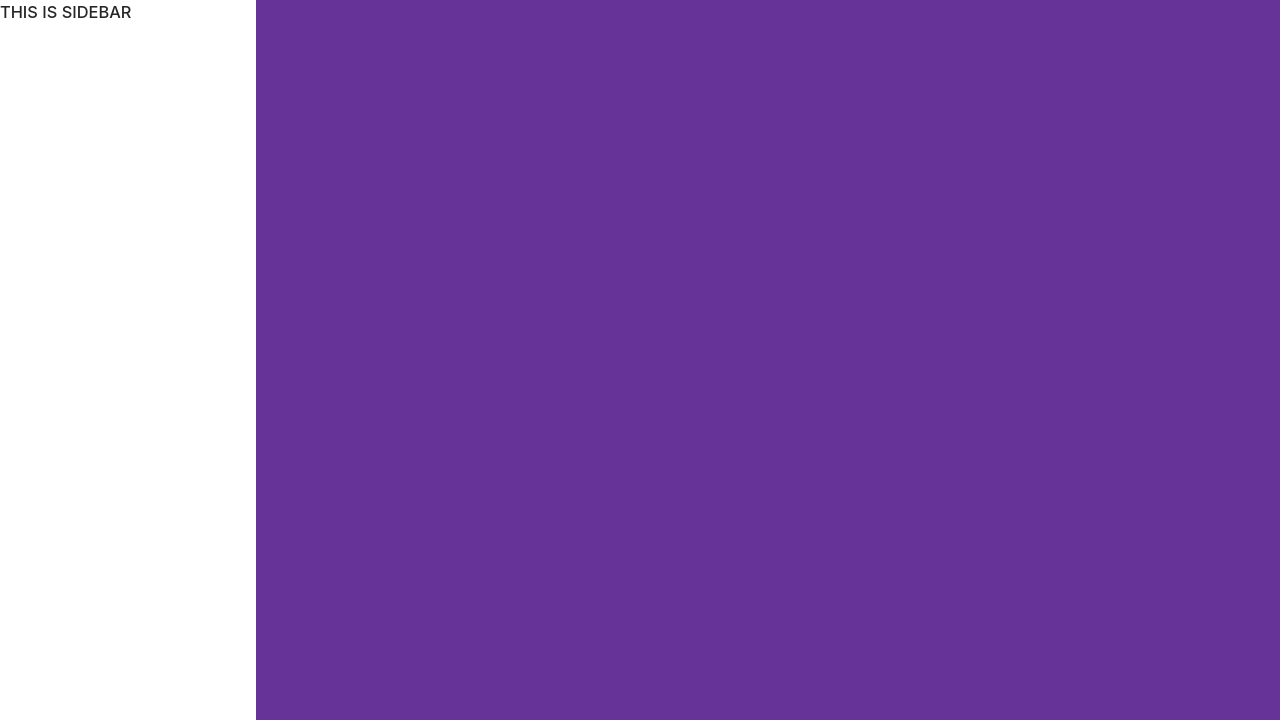
Repository: huynhnt1406/coursestorage
Page: / (app in coursestorage/)
These files come from the project's save history. The page is drawn as it stood at one moment and after the next save; the edit follows.
The browser window is 1280 px wide. The pictures show the whole page.
The project was rebuilt for these pictures with package versions that can differ from the ones it lists, and the page was loaded fresh each time.

Above is the page before, as saved 2021-05-01 15:52:47.

After the next save:
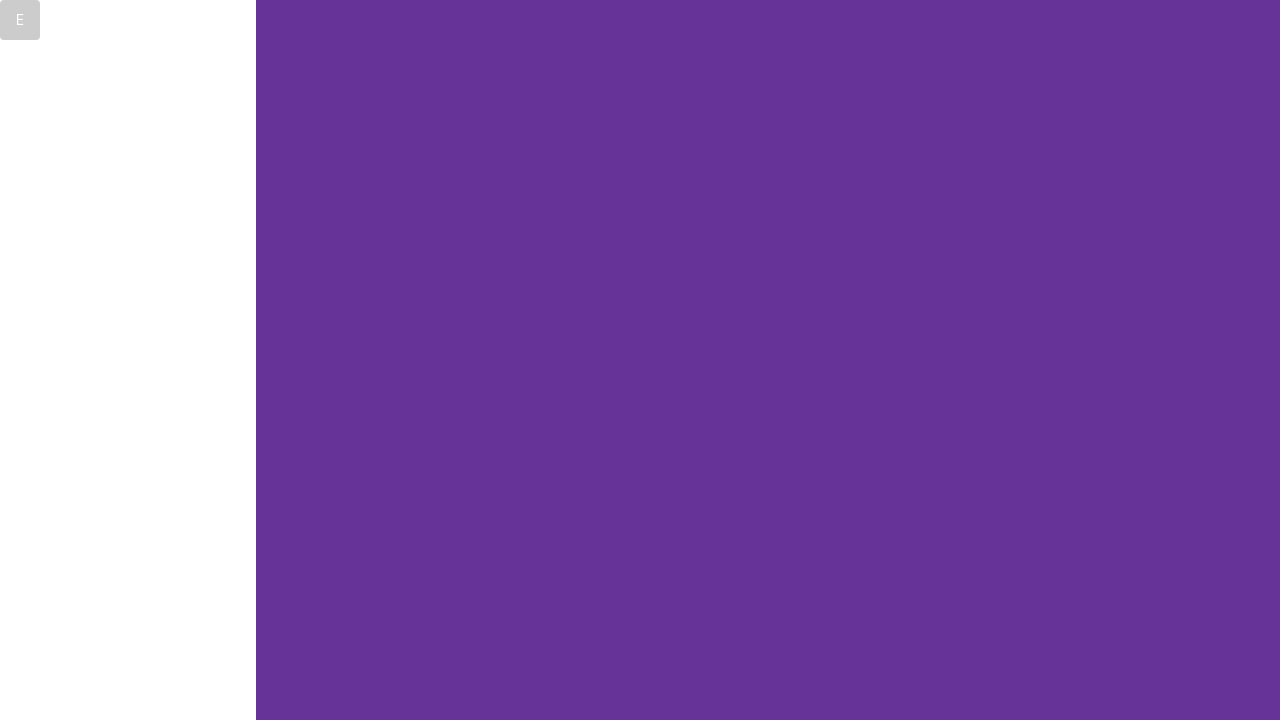
Saved 2 min 31 s later.
--- a/coursestorage/src/components/Sidebar.vue
+++ b/coursestorage/src/components/Sidebar.vue
@@ -1,6 +1,8 @@
 <template>
   <div class="sidebar">
-      <h3>THIS IS SIDEBAR </h3>
+      <div class="sidebar-header">
+          <a-avatar shape="square" size="large">E</a-avatar>
+      </div>
   </div>
 </template>
 
